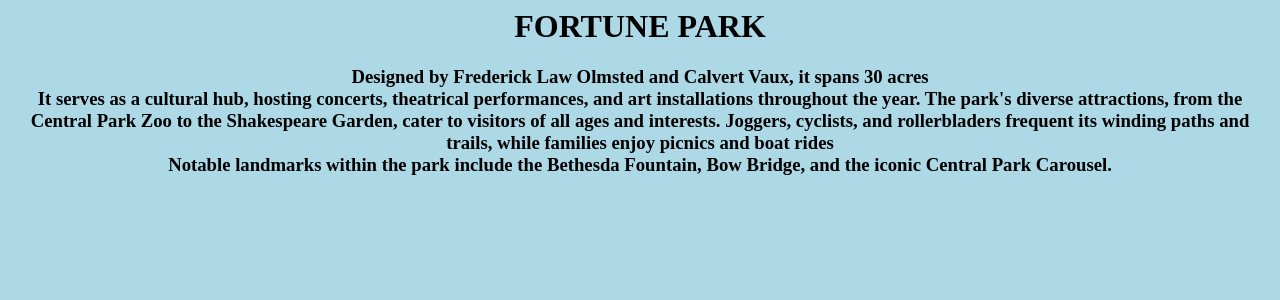
Repository: Oviya24032K6/NearMe
Page: ovi/surveyapp/static/FORTUNE PARK.html
An editor plug-in stored every save of this project. The page is shown before and after the next save, followed by the edit.
The browser window is 1280 px wide. The pictures show the whole page.

Above is the page before, as saved 2024-03-25 22:58:59.

After the next save:
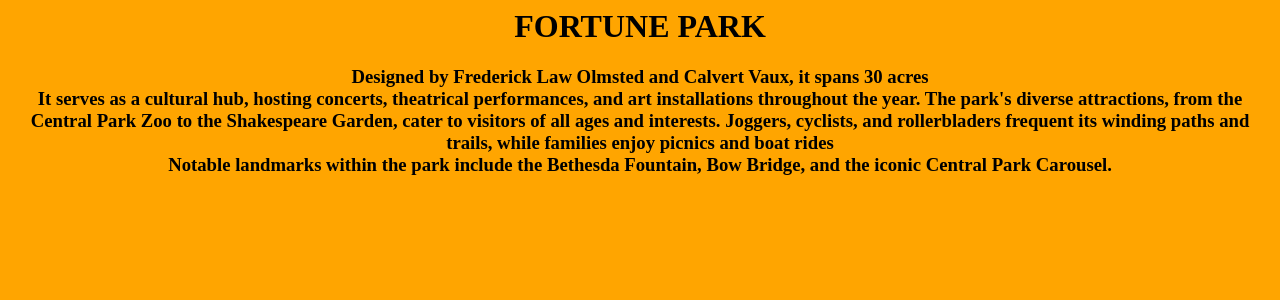
Saved 8 s later.
--- a/ovi/surveyapp/static/FORTUNE PARK.html
+++ b/ovi/surveyapp/static/FORTUNE PARK.html
@@ -4,7 +4,7 @@
             FORTUNE PARK
         </title>
 	</head>
-	<body bgcolor="lightblue">
+	<body bgcolor="orange">
 		<h1 align="center" >FORTUNE PARK</h1>
         <h3 align="center">Designed by Frederick Law Olmsted and Calvert Vaux, it spans 30 acres
             <br>It serves as a cultural hub, hosting concerts, theatrical performances, and art installations throughout the year.
